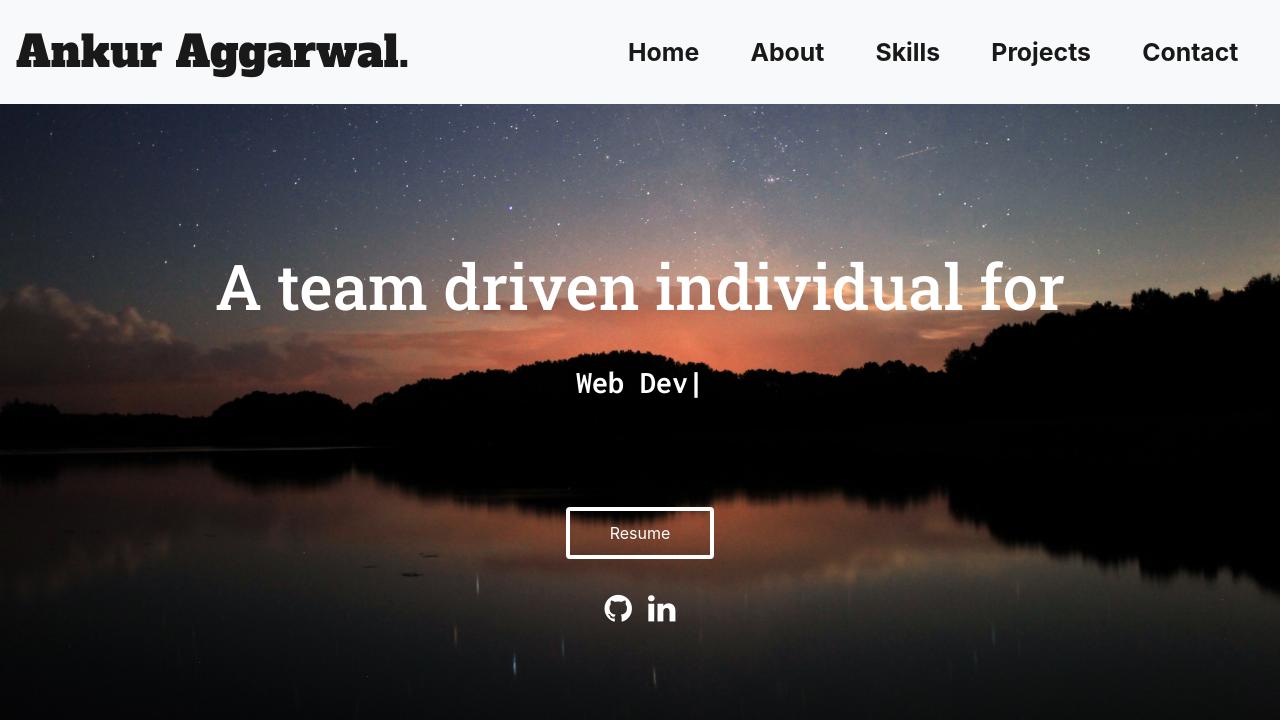
Repository: AnkurDevv/PersonalWebsite
Page: index.html
The author's editor kept a copy of each file at every save. The page is drawn from the files as they stood at one save, then again after the next save.
The browser window is 1280 px wide. The pictures show the whole page.
Some web fonts or font styles are not loaded; a fallback is used.

Above is the page before, as saved 2020-09-13 16:08:01.

### index.html
<!DOCTYPE html>
<html>

<head>
  <meta charset="utf-8">
  <meta http-equiv="X-UA-Compatible" content="IE=edge">
  <title>Ankur Aggarwal</title>
  <meta name="description" content="">
  <meta name="viewport" content="width=device-width, initial-scale=1">
  <!-- FONT AWESOME FOR SOCIAL MEDIA ICONS -->
  <link rel="stylesheet" href="https://cdnjs.cloudflare.com/ajax/libs/font-awesome/4.7.0/css/font-awesome.min.css">
  <!-- Importing Bootstrap here -->
  <link rel="stylesheet" href="https://stackpath.bootstrapcdn.com/bootstrap/4.4.1/css/bootstrap.min.css"
    integrity="sha384-Vkoo8x4CGsO3+Hhxv8T/Q5PaXtkKtu6ug5TOeNV6gBiFeWPGFN9MuhOf23Q9Ifjh" crossorigin="anonymous">
  <!--CUSTOM CSS FOR THE PAGE  -->
  <link rel="stylesheet" href="./style/index.css">
  <!-- FOR COOL ANIMATION EFFECTS -->
  <link rel="stylesheet" href="./style/animate.css">
  <!-- FOR COOL TYPING EFFECTS -->
  <script src="https://cdn.jsdelivr.net/npm/typed.js@2.0.11"></script>
  <!-- FOR GOOGLE FONTS - START -->
  <!-- for main heading -->
  <link
    href="https://fonts.googleapis.com/css2?family=Merienda:wght@700&family=Pacifico&family=Roboto&family=Roboto+Slab:wght@500&display=swap"
    rel="stylesheet">
  <!-- For Sub heading -->
  <link
    href="https://fonts.googleapis.com/css2?family=Inconsolata:wght@700&family=Merienda:wght@700&family=Pacifico&family=Roboto&family=Roboto+Slab:wght@500&display=swap"
    rel="stylesheet">
  <!-- For Navbar Logo -->
  <link href="https://fonts.googleapis.com/css2?family=Alfa+Slab+One&display=swap" rel="stylesheet">
  <!-- FOR GOOGLE FONTS - END -->
</head>

<body>
  <header>
    <nav class="navbar navbar-expand-lg navbar-light bg-light">
      <a class="navbar-brand" id="Brand-logo">Ankur Aggarwal.</a>
      <button class="navbar-toggler" type="button" data-toggle="collapse" data-target="#navbarNav"
        aria-controls="navbarNav" aria-expanded="false" aria-label="Toggle navigation">
        <span class="navbar-toggler-icon"></span>
      </button>
      <div class="collapse navbar-collapse" id="navbarNav">
        <ul class="navbar-nav">
          <li class="nav-item active">
            <a class="nav-link" href="#">Home</a>
          </li>
          <li class="nav-item active">
            <a class="nav-link" href="#">About</a>
          </li>
          <!-- <li class="nav-item active">
            <a class="nav-link" href="#">Why Me?</a>
          </li> -->
          <li class="nav-item active">
            <a class="nav-link" href="#">Skills</a>
          </li>
          <li class="nav-item active">
            <a class="nav-link" href="#">Projects</a>
          </li>
          <li class="nav-item active">
            <a class="nav-link" href="#">Contact</a>
          </li>
        </ul>
      </div>
    </nav>


    <!-- FIRST IMPRESSION SECTION - START -->
    <section class="first-impression-section">
      <div class="row first-impression-row">
        <h1 class="text-center animated fadeInDown" id="MainNameHeading">A team driven individual for
        </h1>
      </div>
      <div class="row">
        <h3 id="MainSubHeading">
          <span id="typed" style="white-space:pre;"></span>
          <!-- <span class="typed-cursor typed-cursor--blink">|</span> -->
        </h3>
      </div>

      <!-- RESUME BUTTON - START -->
      <div class="row" id="ResumeDiv">
        <a type="button" href="https://drive.google.com/file/d/129eEq26ATzqey1-hpHnRXs40bzbBVkSX/view?usp=sharing"
          target="blank" class="btn btn-primary" id="ResumeBtn">Resume</a>
      </div>
      <!-- RESUME BUTTON - END -->

      <!-- SOCIAL LINKS -->
      <div class="socialLinksDiv">
        <!-- github link -->
        <a href="https://github.com/AnkurDevv" target="blank" class="social-link"><i
            class="fa fa-github fa-2x text-white"></i></a>
        <!-- linkedin link -->
        <a href="https://www.linkedin.com/in/ankur-aggarwal2112/" target="blank" class="social-link"><i
            class="fa fa-linkedin fa-2x text-white"></i></a>
      </div>

    </section>
    <!-- FIRST IMPRESSION SECTION - END -->


  </header>

  <script>
    // JS FOR COOL TYPING EFFECT USING TYPE.JS -  START
    var options = {
      strings: ['Web Development.', 'Software Engineering.', 'Product Development.'],
      typeSpeed: 100,
      loop: true,
      backDelay: 800,
      backSpeed: 80,
      startDelay: 1000,
    };
    var typed = new Typed('#typed', options);
// JS FOR COOL TYPING EFFECT USING TYPE.JS -  END
  </script>

  <!-- NECESSARY JS FOR BOOTSTRAP - START -->
  <script src="https://code.jquery.com/jquery-3.4.1.slim.min.js"
    integrity="sha384-J6qa4849blE2+poT4WnyKhv5vZF5SrPo0iEjwBvKU7imGFAV0wwj1yYfoRSJoZ+n"
    crossorigin="anonymous"></script>
  <script src="https://cdn.jsdelivr.net/npm/popper.js@1.16.0/dist/umd/popper.min.js"
    integrity="sha384-Q6E9RHvbIyZFJoft+2mJbHaEWldlvI9IOYy5n3zV9zzTtmI3UksdQRVvoxMfooAo"
    crossorigin="anonymous"></script>
  <script src="https://stackpath.bootstrapcdn.com/bootstrap/4.4.1/js/bootstrap.min.js"
    integrity="sha384-wfSDF2E50Y2D1uUdj0O3uMBJnjuUD4Ih7YwaYd1iqfktj0Uod8GCExl3Og8ifwB6"
    crossorigin="anonymous"></script>
  <!-- NECESSARY JS FOR BOOTSTRAP - END -->

  <!-- ADDING JQUERY - START -->
  <script src="https://ajax.googleapis.com/ajax/libs/jquery/3.5.1/jquery.min.js"></script>
  <!-- ADDING JQUERY - END -->

  <!-- CUSTOM JS FOR THE PAGE - START  -->
  <script src="index.js"></script>
  <!-- CUSTOM JS FOR THE PAGE - END  -->
</body>

</html>

### style/index.css
body{
  margin-left: 0;
  margin-right: 0;
}

/* NAVBAR CSS - START */

#Brand-logo{
  font-family: 'Alfa Slab One', cursive;
  font-size: 270%;
}

.navbar-nav{
  margin-left: auto;
}

.nav-link{
  font-size: 155%;
  font-weight: 700;
  padding: 2vw!important;
}

@media only screen and (max-width: 992px) {
  .nav-link{
    text-align: center;
  }
}

@media only screen and (max-width: 600px) {

  #Brand-logo{
    font-size: 140%;
  }

  .navbar-nav{
    height: 100vh;
  }

  .nav-link{
    margin: 5vh auto;
  }

}

/* NAVBAR CSS - END */

/* FIRST IMPRESSION SECTION CSS - START */
header{
  height: 100vh; /* Takes 100% of the screen size */
  background-image:url(../images/sunset_skyline_lake_reflection_114025_1920x1080.jpg);
  -webkit-background-size: cover;
  background-position: center;
  overflow: hidden;
}

#MainNameHeading{
  margin: 0 auto;
  margin-top: 20vh;
  font-size: 395%;
  color: white;
  font-family: 'Roboto Slab', serif;
  padding-bottom: 3%;
}

#MainSubHeading{
  margin: 0 auto;
  color: white;
  text-align: -webkit-center;
  font-family: 'Inconsolata', monospace;
  font-size: xx-large;
}

#ResumeBtn{
  -webkit-appearance: button;
  -moz-appearance: button;
  appearance: button;
  margin: 8% auto;
  margin-bottom: 2%;
  padding: 10px 3%;
  background-color: transparent;
  border: 4px solid white;
}

#ResumeBtn:hover{
  background-color: white;
  color: black;
  font-weight: 700;
  font-size: 130%;
}

.socialLinksDiv{
  display: flex;
  justify-content: center;
}

.social-link{
  margin: 8px;
}


@media only screen and (max-width: 600px) {
  #MainNameHeading{
    font-size: 300%;
    margin-top: 13vh;
  }
  #MainSubHeading{
    font-size: x-large;
  }
}
/* FIRST IMPRESSION SECTION CSS - ENDS */

### index.js
// CHANGING NAVBAR COLOR WHEN A USER HOVERS OVER A LINK
$(document).ready(function () {

  // makes nav transparent when user hovers on a link
  $(".nav-link").hover(function () {
    $('.navbar').addClass('bg-dark').removeClass('bg-light');
    $('#Brand-logo').css("color", "white");
    $('.nav-link').css("color", "white");
    $('.navbar-toggler').css("color", "white");
  });

  // makes nav non-transparent when user hovers on a link
  $(".navbar").mouseleave(function () {
    $('.navbar').addClass('bg-light').removeClass('bg-dark');
    $('#Brand-logo').css("color", "black");
    $('.nav-link').css("color", "black");
    $('.navbar-toggler').css("color", "black");
  });

});

Loaded but not shown: style/animate.css (library)

After the next save:
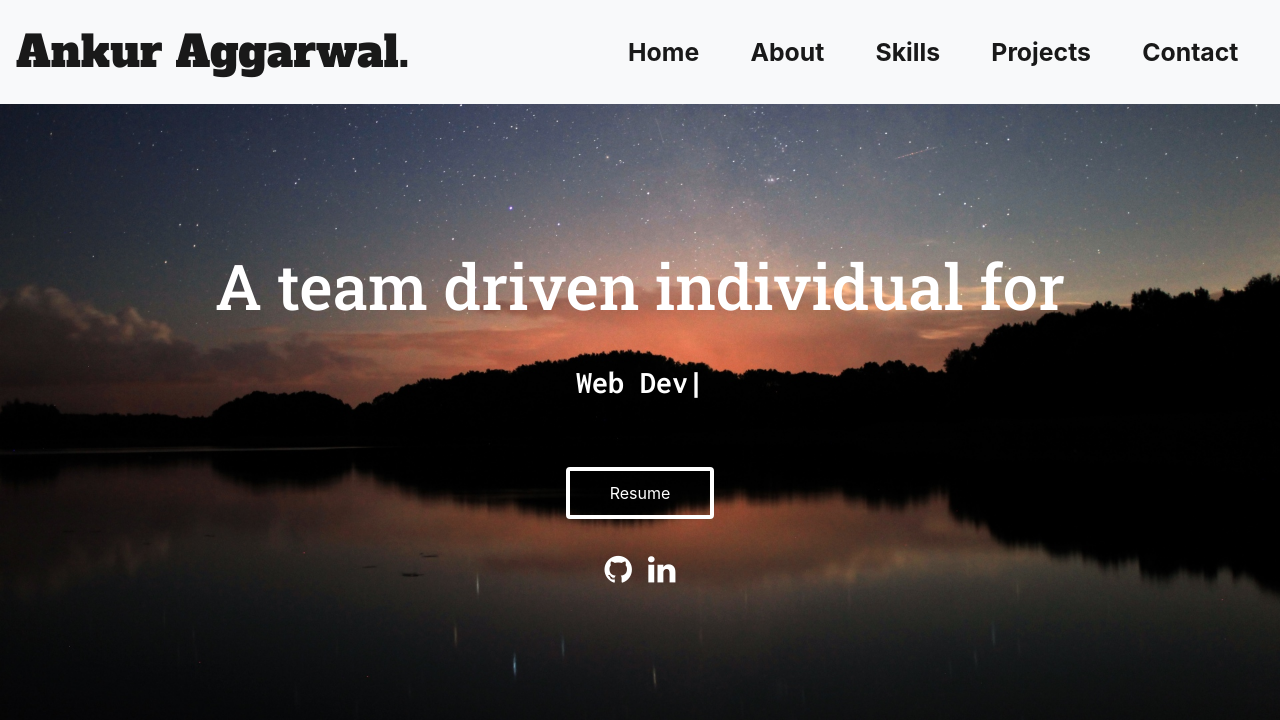
Saved 59 s later.
--- a/style/index.css
+++ b/style/index.css
@@ -74,7 +74,7 @@ header{
   -webkit-appearance: button;
   -moz-appearance: button;
   appearance: button;
-  margin: 8% auto;
+  margin: 5% auto;
   margin-bottom: 2%;
   padding: 10px 3%;
   background-color: transparent;
